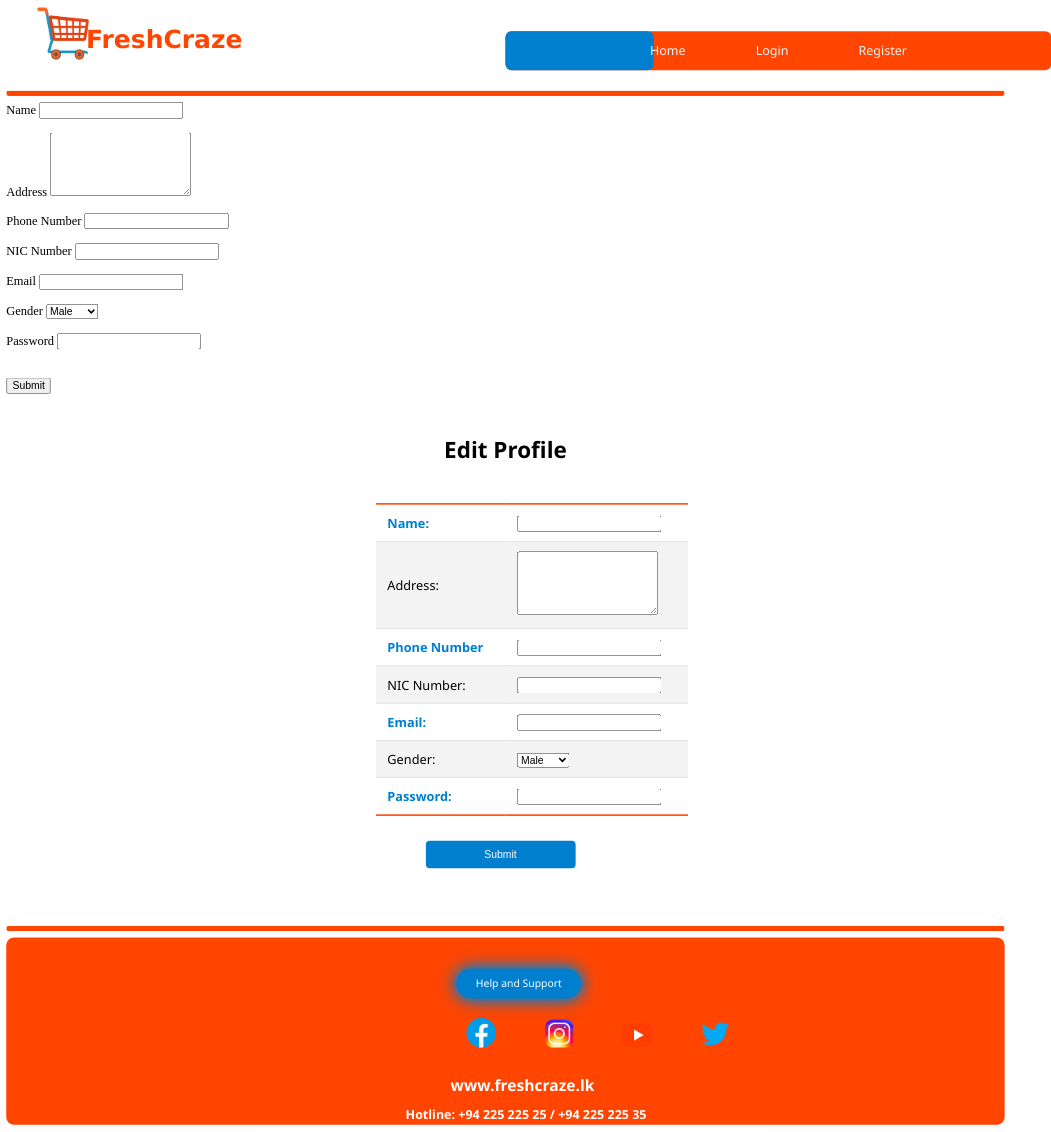
Repository: chamarac2002/FreshCraze
Page: http://localhost/CustomerDemo/customerinsert.jsp
These files come from the project's save history. The page is drawn as it stood at one moment and after the next save; the edit follows.
The browser window is 1280 px wide. The page is 1348 px wide, so the pictures cover 1348 px, including what lies to the right of the window. The pictures show the whole page, at 78% of full size.
The page is served by Tomcat 9. Nobody is signed in. The application's start-up code is not run. Other server files are loaded and not shown.

Above is the page before, as saved 2024-05-11 08:05:32.

### CustomerDemo/src/main/webapp/customerinsert.jsp
<%@ page language="java" contentType="text/html; charset=ISO-8859-1"
    pageEncoding="ISO-8859-1"%>
<!DOCTYPE html>

<html lang="en">
<head>
    <meta charset="UTF-8">
    <meta name="viewport" content="width=device-width, initial-scale=1.0">
    <title>Home Page</title>

    <link rel="stylesheet" href="Styles/insertStyle.css">
</head>

<body>

<img src="images\logo.png" class="logo" >

    <h1 class="logo_topic">FreshCraze</h1>

    <nav class="navbar">
        <a href="HomePage.jsp">Home</a>
        <a href="login.jsp">Login</a>
        <a href="customer registration.html">Register</a>
        <span></span>
    </nav>

<hr class="topic_line">

<form action="insert" method="post">
		Name <input type="text" name="name"><br><br>
		Address <textarea name="address" rows="5" cols="20"></textarea><br><br>
		Phone Number <input type="tel" name="phone"><br><br>
		NIC Number <input type="text" name="nic"><br><br>
		Email <input type="email" name="email"><br><br>
		Gender <select name = "gender" >
					<option value = "Male">Male</option>
					<option value = "Female">Female</option>
					<option value = "Other">Other</option>
				</select><br><br>
		Password <input type="password" name="pass"><br><br><br>

		<input type="submit" name="submit" value="Submit">
	</form>

<h1 class = "head">Edit Profile</h1>

<form action="insert" method="post">
	<table class = "table">

   		<tbody>
		<tr class="active-row">
			<td>Name:</td>
			<td><input type="text" name="name"></td>
		</tr>
		<tr>
			<td>Address:</td>
			<td><textarea name="address" rows="5" cols="20"></textarea></td>
		</tr>
		<tr class="active-row">
			<td>Phone Number</td>
			<td><input type="tel" name="phone"></td>
		</tr>
		<tr>
			<td>NIC Number:</td>
			<td><input type="text" name="nic"></td>
		</tr>
		<tr class="active-row">
			<td>Email:</td>
			<td><input type="email" name="email"></td>
		</tr>
		<tr>
			<td>Gender:</td>
			<td><select name = "gender" >
					<option value = "Male">Male</option>
					<option value = "Female">Female</option>
					<option value = "Other">Other</option>
				</select>
		</tr>
		<tr class="active-row">
			<td>Password:</td>
			<td><input type="password" name="pass"></td>
		</tr>
    </tbody>
	</table>
	<input type="submit" name="submit" class="sub" value="Submit"><br><br><br>
</form>


<hr class="footer_line">

<div class="footer">
    <a href="link" target="_blank">
    <button type="button" class="help_button">Help and Support</button>
    </a>

    <div class="fb_icon">
        <a href="https://www.facebook.com/" target="_blank"><img src="images/facebook.png"></a>
    </div>

    <div class="insta_icon">
        <a href="https://www.instagram.com/" target="_blank"><img src="images/insta.png"></a>
    </div>

    <div class="twitt_icon">
        <a href="https://www.twitter.com/" target="_blank"><img src="images/Twitter.png"></a>
    </div>

    <div class="yt_icon">
        <a href="https://www.youtube.com/" target="_blank"><img src="images/yt.png"></a>
    </div>
</div>

<div class="contacts">
    <h1 class="link">www.freshcraze.lk</h1>
    <h1>Hotline: +94 225 225 25 / +94 225 225 35</h1>
</div>

</body>
</html>

### CustomerDemo/src/main/webapp/Styles/insertStyle.css
body{
    background-color: #ffffff;
    background-repeat: no-repeat;
    background-attachment: fixed;
    background-position: center;
    width: 100%;
}

.logo{
    width: 70px;
    height: 70px;
    margin-left: 3%;
}

.logo_topic{
    font-family: verdana;
    margin-left: 8%;
    margin-top: -3.9%;
    color: orangered;
}

.navbar{
    margin-left:50%;
    margin-top:-4%;
    padding: 0;
    box-sizing: border-box;
    font-family: 'Segoe UI';
    display: flex;
    justify-content:center;
    align-items: center;
    min-height: 5vh;

    position:relative;
    background-color: orangered;
    border-radius: 8px;
    width: 700px;
    height: 50px;
    display: flex;
}

nav a{
    position: relative;
    display: inline-block;
    font-size: 1em;
    font-weight: 500;
    color: aliceblue;
    text-decoration: none;
    padding: 45px;
    z-index: 1;
}

nav span{
    position: absolute;
    top: 0;
    left: 0;
    width: 190px;
    height: 100%;
    background-color:rgb(0, 127, 206);
    border-radius: 8px;
    transition: .3s;
}

nav a:nth-child(1):hover~span{
    left: 0;
    width: 190px;
}

nav a:nth-child(2):hover~span{
    left: 190px;
    width: 150px;
}

nav a:nth-child(3):hover~span{
    left:330px;
    width: 150px;
}

nav a:nth-child(4):hover~span{
    left: 470px;
    width: 230px;
}

.topic_line{
    border: none;
    margin-top: 2%;
    border-top: 7px solid orangered;
    border-radius: 10px;
}

.help_button{
    box-shadow:0 0 15px rgb(0, 127, 206),0 0 25px rgb(0, 127, 206);
    border: none;
    width: 160px;
    margin-left: 44%;
    font-family: 'Segoe UI';
    padding: 10px 12px;
    color: #ffffff;
    background-color:rgb(0, 127, 206);
    border-radius: 20px;
}

.help_button:hover{
    box-shadow: 0 0 25px rgb(0, 127, 206);
}

.fb_icon{
    margin-left: 560px;
    margin-top: 20px;
}

.insta_icon{
    margin-left: 660px;
    margin-top: -51px;
}

.yt_icon{
    margin-left: 760px;
    margin-top: -51px;
}

.twitt_icon{
    margin-left: 860px;
    margin-top: -51px;
}

.footer{
    height: 200px;
    background-color: orangered;
    padding-top: 40px;
    padding-left: 25px;
    border-radius: 10px;
}

.footer_line{
    border: none;
    margin-top: 3%;
    border-top: 7px solid orangered;
    border-radius: 10px;
}

.contacts{
    font-size: 8px;
    color:rgb(255, 255, 255);
    font-family: 'Segoe UI';
    margin-left: 40%;
    margin-top: -5%;
}

.link{
    font-size: 20px ;
    margin-top: -6%;
    margin-left: 7.5%;
}

.table {
    border-collapse: collapse;
    margin: 25px 0;
    font-size: 1.02em;
    font-family: 'Segoe UI';
    min-width: 400px;
    margin-left: 37%;
    margin-top: 3%;
}

.head {
	margin-top: 4%;
    text-align: center;
 	margin-bottom: 50px;
 	font-family: 'Segoe UI';
 	font-size: 1.8em;
}

.table th,
.table td {
    padding: 12px 15px;
}

.table tbody tr {
    border-bottom: 1px solid #dddddd;
}

.table tbody tr:nth-of-type(even) {
    background-color: #f3f3f3;
}

.table tbody tr:last-of-type {
    border-bottom: 2px solid orangered;
}

.table tbody tr:first-of-type {
    border-top: 2px solid orangered;
}

.table tbody tr.active-row {
    font-weight: bold;
    color: rgb(0, 127, 206);
}

.sub {
  	margin-left: 42%;
    margin-top: 0.5%;
    text-align: center;
    color : #ffffff;
  	width: 15%;
	padding: 10px;
 	background-color: rgb(0, 127, 206);
 	border: none;
 	border-radius: 5px;
 	cursor: pointer;
}

.sub:hover{
    background-color: orangered;
}

After the next save:
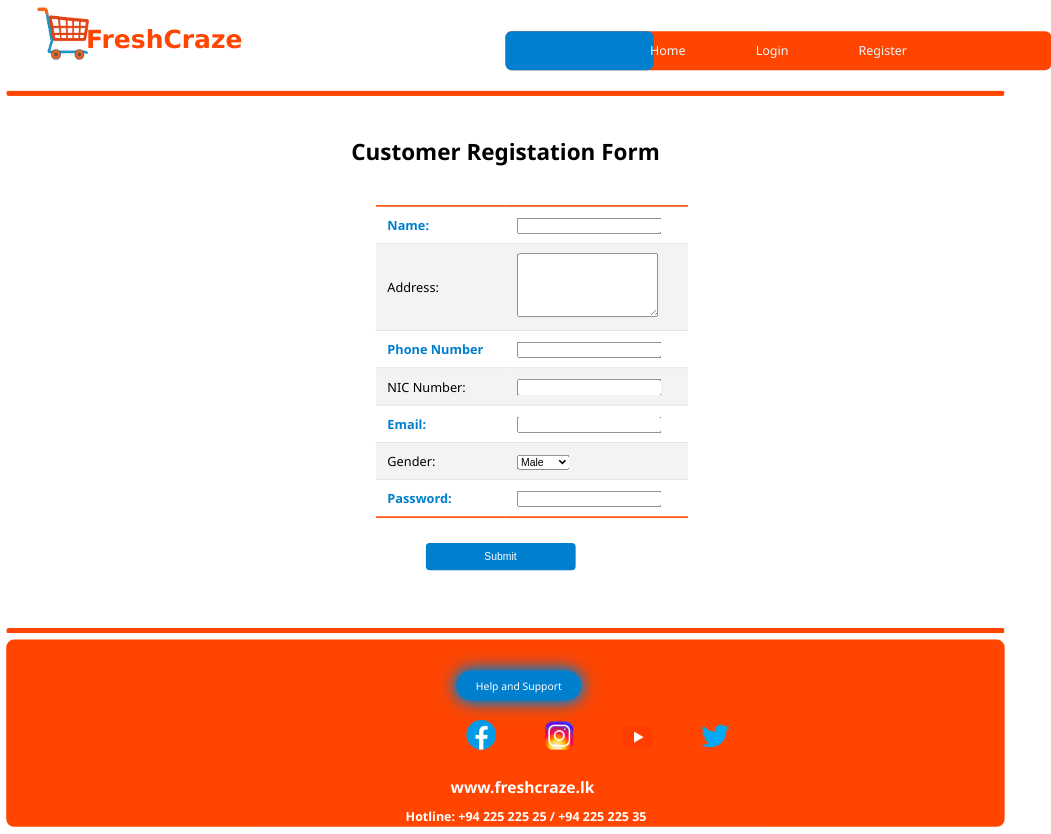
Saved 96 s later.
--- a/CustomerDemo/src/main/webapp/customerinsert.jsp
+++ b/CustomerDemo/src/main/webapp/customerinsert.jsp
@@ -26,23 +26,7 @@
 
 <hr class="topic_line">
 
-<form action="insert" method="post">
-		Name <input type="text" name="name"><br><br>
-		Address <textarea name="address" rows="5" cols="20"></textarea><br><br>
-		Phone Number <input type="tel" name="phone"><br><br>
-		NIC Number <input type="text" name="nic"><br><br>
-		Email <input type="email" name="email"><br><br>
-		Gender <select name = "gender" >
-					<option value = "Male">Male</option>
-					<option value = "Female">Female</option>
-					<option value = "Other">Other</option>
-				</select><br><br>
-		Password <input type="password" name="pass"><br><br><br>
-
-		<input type="submit" name="submit" value="Submit">
-	</form>
-
-<h1 class = "head">Edit Profile</h1>
+<h1 class = "head">Customer Registation Form</h1>
 
 <form action="insert" method="post">
 	<table class = "table">
